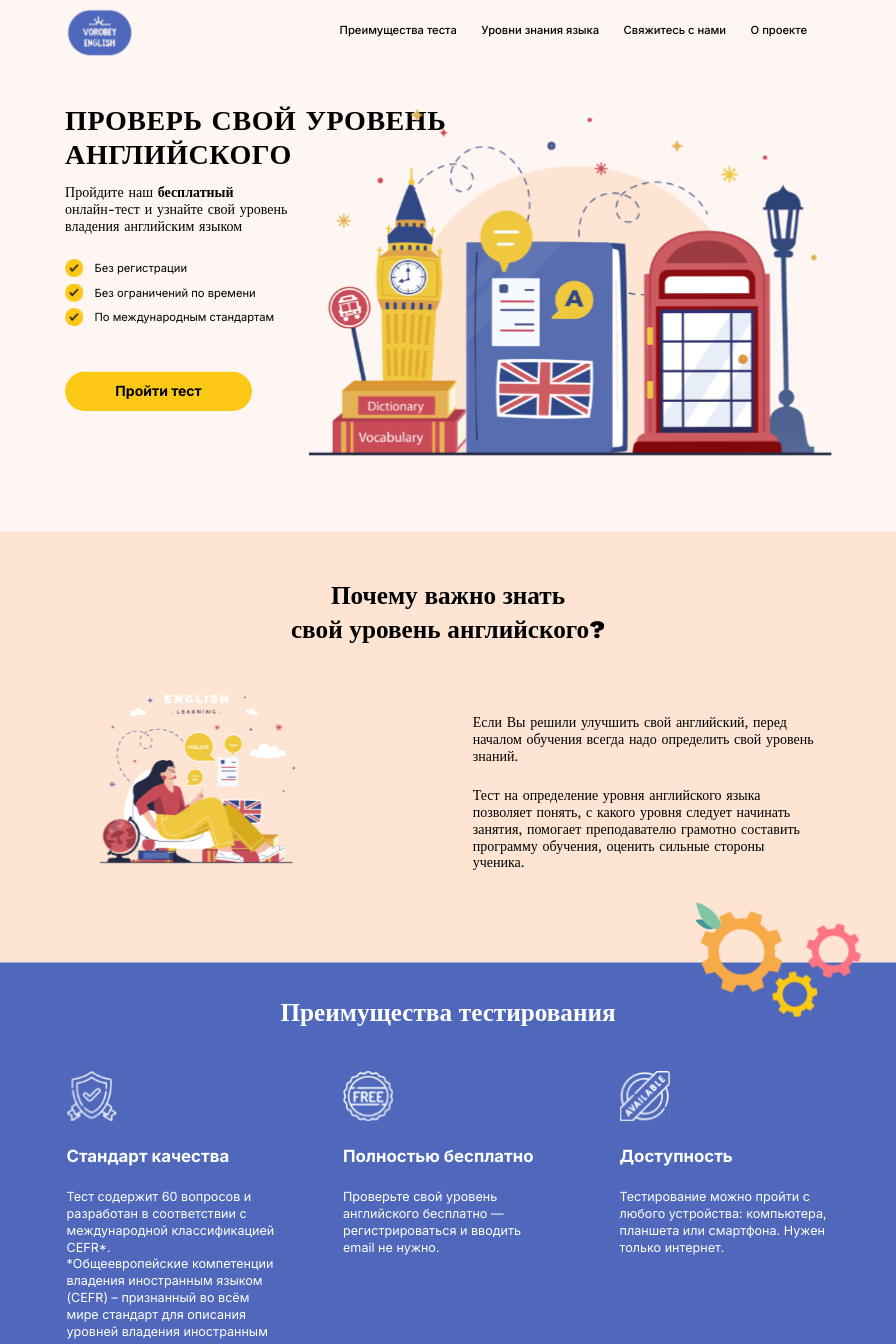
Repository: WladimirVA/Diplom
Page: templates/Index.html
The author's editor kept a copy of each file at every save. The page is drawn from the files as they stood at one save, then again after the next save.
The browser window is 1280 px wide. The pictures show the part of the page from y = 0 to 1920 px (the page is 3821 px tall before and 3869 px after), at 70% of full size.

Above is the page before, as saved 2023-05-05 09:36:49.

After the next save:
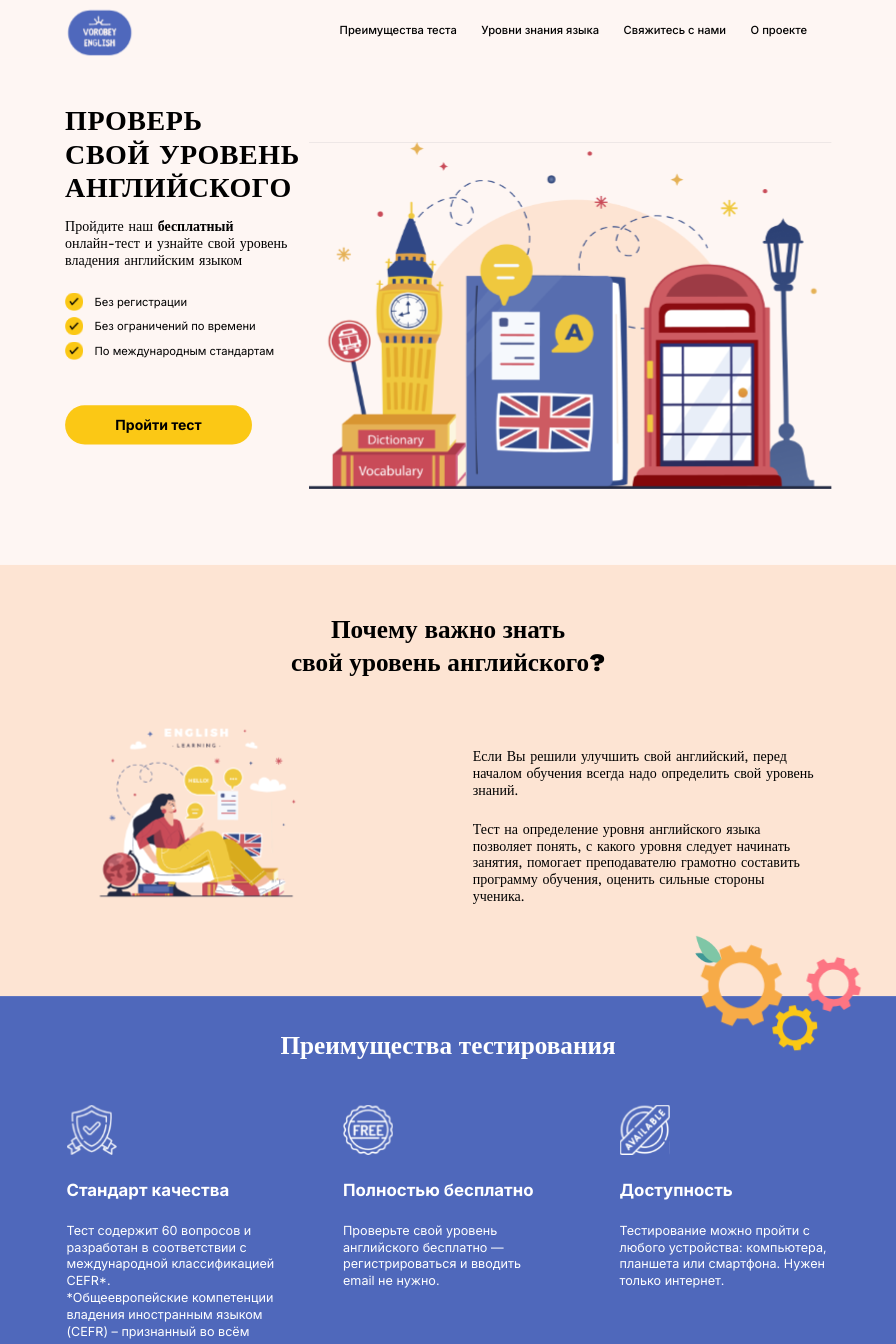
Saved 3 min 41 s later.
--- a/templates/Index.html
+++ b/templates/Index.html
@@ -54,7 +54,7 @@
         <div class="section">
             <div class="content">
                 <h1 class="title">
-                    проверь свой уровень <br>английского
+                    проверь<br class="br-mob"> свой уровень <br>английского
                 </h1>
                 <div class="section-home">
 
